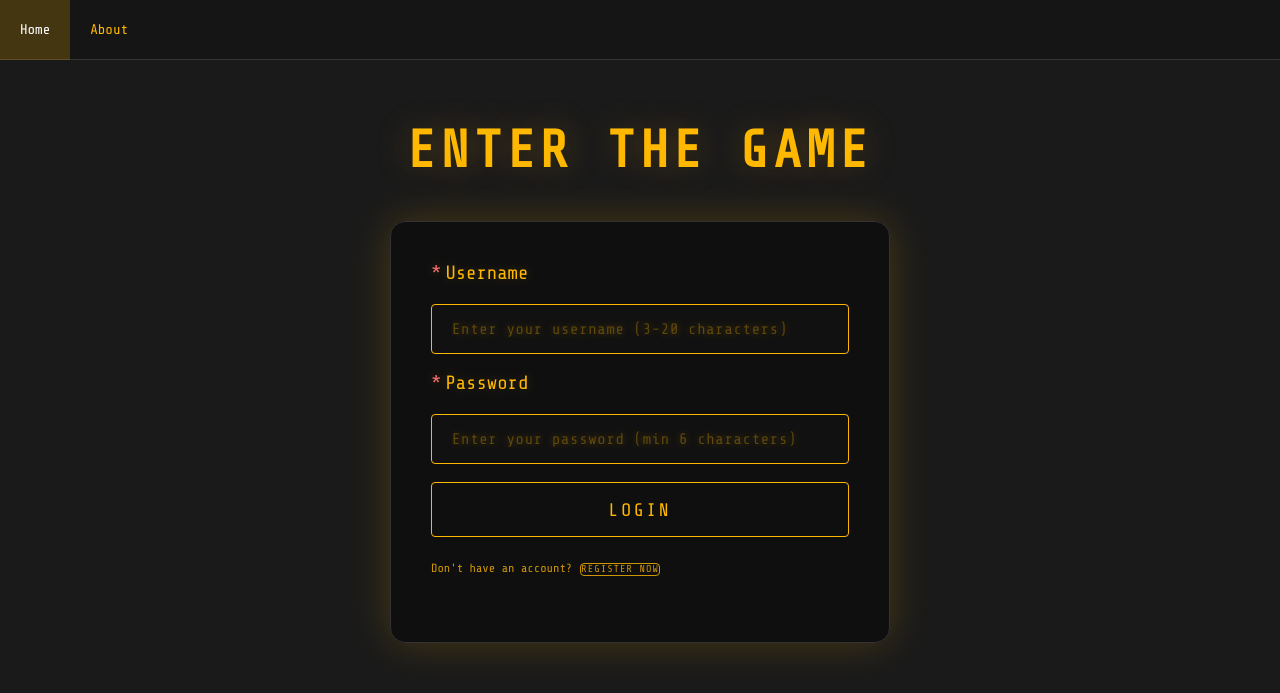
Repository: qqqq121114/se_417
Page: /login (app in client/)
These files come from the project's save history. The page is drawn as it stood at one moment and after the next save; the edit follows.
The browser window is 1280 px wide. The pictures show the whole page.
The project was rebuilt for these pictures with package versions that can differ from the ones it lists, and the page was loaded fresh each time. Also part of the build but not shown: client/vite.config.js, client/src/views/Home.vue.

Above is the page before, as saved 2024-12-08 13:40:35.

After the next save:
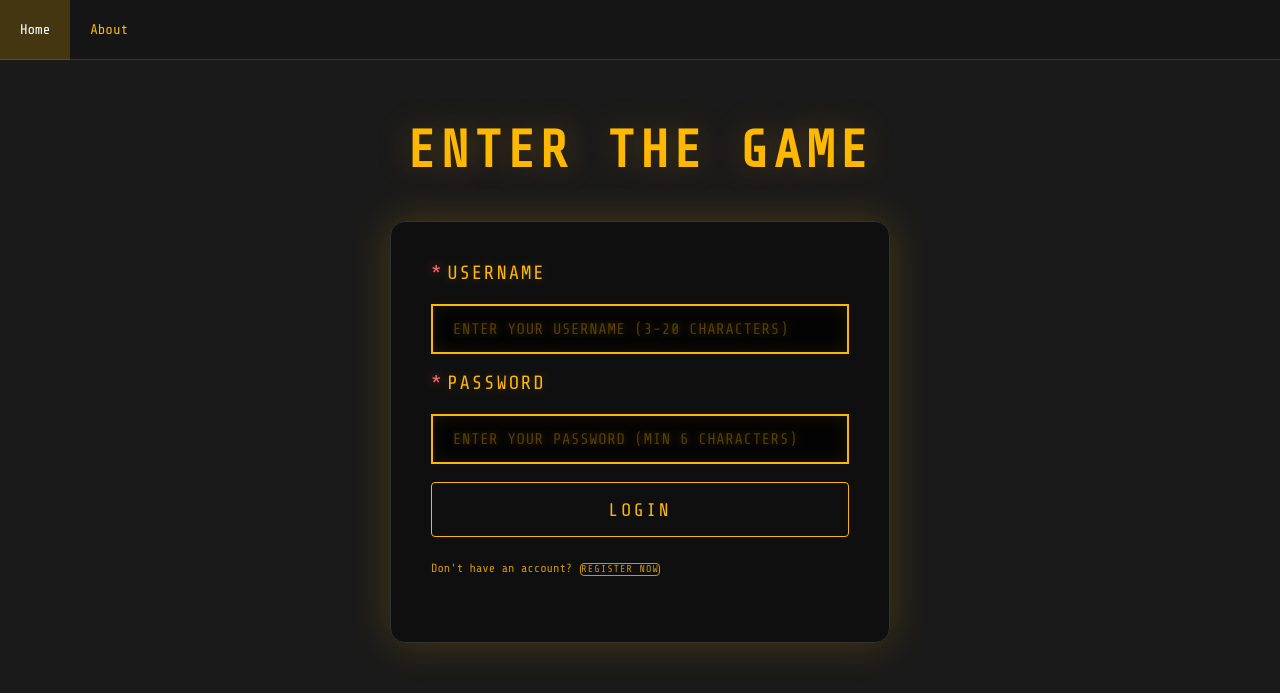
Saved 69 s later.
--- a/client/src/views/Login.vue
+++ b/client/src/views/Login.vue
@@ -156,6 +156,17 @@ const submitForm = async () => {
   font-size: 1.2em;
   padding-bottom: 12px;
   text-shadow: 0 0 10px var(--cyber-glow);
+  text-transform: uppercase;
+  letter-spacing: 0.1em;
+  position: relative;
+  display: inline-block;
+}
+
+:deep(.el-form-item__label::before) {
+  content: '*';
+  color: #ff4757;
+  margin-right: 4px;
+  text-shadow: 0 0 10px rgba(255, 71, 87, 0.6);
 }
 
 :deep(.el-input__wrapper) {
@@ -166,8 +177,8 @@ const submitForm = async () => {
 }
 
 :deep(.el-input__inner) {
-  background: rgba(18, 18, 18, 0.95) !important;
-  border: 1px solid var(--cyber-text) !important;
+  background: rgba(0, 0, 0, 0.8) !important;
+  border: 2px solid var(--cyber-text) !important;
   color: var(--cyber-text) !important;
   font-family: 'Share Tech Mono', monospace;
   height: 50px;
@@ -175,39 +186,46 @@ const submitForm = async () => {
   font-size: 1.1em;
   letter-spacing: 0.05em;
   transition: all 0.3s ease;
-  border-radius: 4px;
+  border-radius: 0;
   caret-color: var(--cyber-text);
   text-shadow: 0 0 10px rgba(255, 184, 0, 0.3);
+  box-shadow: inset 0 0 15px rgba(255, 184, 0, 0.1);
 }
 
 :deep(.el-input__inner::placeholder) {
   color: rgba(255, 184, 0, 0.3) !important;
   font-family: 'Share Tech Mono', monospace;
   letter-spacing: 0.05em;
+  text-transform: uppercase;
 }
 
 :deep(.el-input__inner:hover) {
   border-color: var(--cyber-text) !important;
-  box-shadow: 0 0 15px var(--cyber-glow) !important;
-  background: rgba(26, 26, 26, 0.95) !important;
+  box-shadow: inset 0 0 20px rgba(255, 184, 0, 0.2),
+              0 0 15px var(--cyber-glow) !important;
+  background: rgba(0, 0, 0, 0.9) !important;
 }
 
 :deep(.el-input__inner:focus) {
   border-color: var(--cyber-text) !important;
-  box-shadow: 0 0 25px var(--cyber-glow) !important;
-  background: rgba(26, 26, 26, 0.95) !important;
+  box-shadow: inset 0 0 25px rgba(255, 184, 0, 0.3),
+              0 0 25px var(--cyber-glow) !important;
+  background: rgba(0, 0, 0, 0.95) !important;
   animation: inputPulse 1.5s infinite;
 }
 
 @keyframes inputPulse {
   0% {
-    box-shadow: 0 0 25px var(--cyber-glow);
+    box-shadow: inset 0 0 25px rgba(255, 184, 0, 0.3),
+                0 0 25px var(--cyber-glow);
   }
   50% {
-    box-shadow: 0 0 35px var(--cyber-glow);
+    box-shadow: inset 0 0 35px rgba(255, 184, 0, 0.4),
+                0 0 35px var(--cyber-glow);
   }
   100% {
-    box-shadow: 0 0 25px var(--cyber-glow);
+    box-shadow: inset 0 0 25px rgba(255, 184, 0, 0.3),
+                0 0 25px var(--cyber-glow);
   }
 }
 
